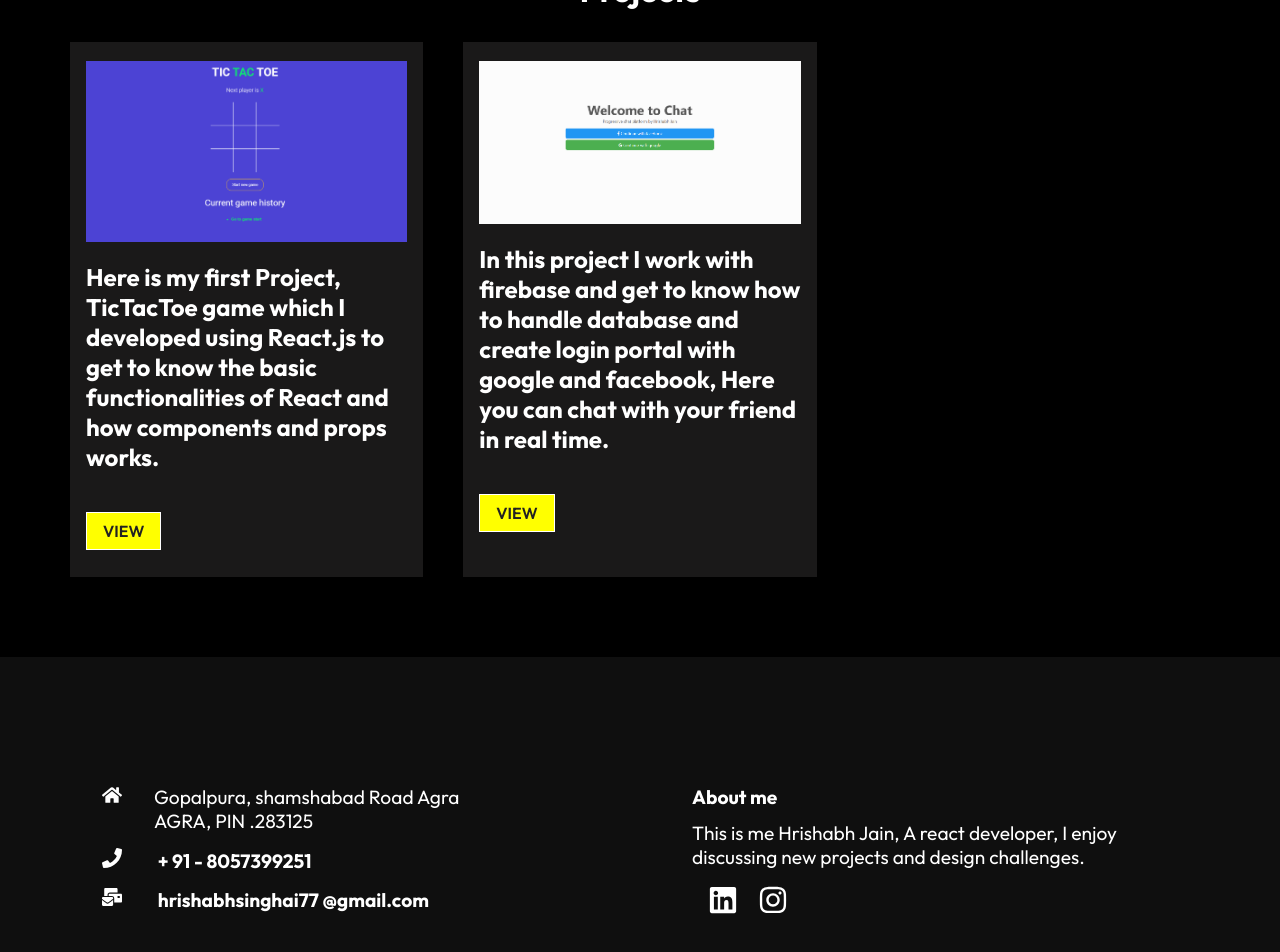
Repository: Hrishabhsinghai/Portfolio
Page: /project
The author's editor kept a copy of each file at every save. The page is drawn from the files as they stood at one save, then again after the next save.
The browser window is 1280 px wide. The pictures show the part of the page from y = 598 to 1550 px (the page is 1670 px tall before and 1460 px after).
The project was rebuilt for these pictures with package versions that can differ from the ones it lists, and the page was loaded fresh each time. Also part of the build but not shown: src/components/HeroImgStyles.css, src/components/HeroImg.js, src/routes/Home.js, src/components/AboutContentSttyles.css, src/components/AboutContent.js, src/routes/About.js, src/routes/Contact.js.

Above is the page before, as saved 2024-01-10 01:05:03.

### src/index.css
@import url("https://fonts.googleapis.com/css2?family=Orbitron&family=Outfit:wght@100;200;300;400;500;600;700;800;900&display=swap");
* {
  box-sizing: border-box;
  margin: 0;
  padding: 0;
  font-family: "Outfit", sans-serif;
}

body {
  background: black;
}

h1,
h4,
p,
a {
  color: #fff;
  text-decoration: none;
}

ul {
  list-style-type: none;
}

.btn {
  padding: 12px 32px;
  font-size: 1rem;
  text-transform: uppercase;
  color: #222;
  border: 1px solid #fff;
  font-weight: 600;
  cursor: pointer;
  background: yellow;
}

.btn-light {
  background: transparent;
  color: #fff;
}

.btn-hover {
  background: rgba(255, 255, 255, 0.2);
  color: #fff;
  transition: 0.3;
}

### src/App.js
import "./index.css";
import Home from "./routes/Home";
import About from "./routes/About";
import Project from "./routes/Project";
import Contact from "./routes/Contact";
import { Route, Routes } from "react-router-dom";

function App() {
  return (
    <>
      <Routes>
        <Route path="/" element={<Home />} />{" "}
        <Route path="/project" element={<Project />} />{" "}
        <Route path="/About" element={<About />} />{" "}
        <Route path="/Contact" element={<Contact />} />{" "}
      </Routes>{" "}
    </>
  );
}

export default App;

### src/routes/Project.js
import React from "react";
import Navbar from "../components/Navbar";
import Footer from "../components/Footer";
import HeroImg2 from "../components/HeroImg2";
import Work from "../components/Work";

const Project = () => {
  return (
    <div>
      <Navbar />
      <HeroImg2 heading="PROJECTS." text="Here are some of my Projects" />
      <Work />
      <Footer />
    </div>
  );
};

export default Project;

### src/components/Navbar.js
import { Link } from "react-router-dom";
import "./NavbarStyles.css";

import { FaBars, FaTimes } from "react-icons/fa";
import { useState } from "react";

const Navbar = () => {
  const [click, setClick] = useState(false);
  const handleClick = () => setClick(!click);

  const [color, settColor] = useState(false);
  const changeColor = () => {
    if (window.scrollY >= 100) {
      settColor(true);
    } else {
      settColor(false);
    }
  };

  window.addEventListener("scroll", changeColor);

  return (
    <div className={click ? "header header-bg" : "header"}>
      <Link to="/">
        {" "}
        <h1> Portfolio </h1>{" "}
      </Link>{" "}
      <ul className={click ? "nav-menu active" : "nav-menu"}>
        <li>
          <Link to="/"> Home </Link>{" "}
        </li>{" "}
        <li>
          <Link to="/About"> About </Link>{" "}
        </li>{" "}
        <li>
          <Link to="/Project"> Project </Link>{" "}
        </li>{" "}
        <li>
          <Link to="/Contact"> Contact </Link>{" "}
        </li>{" "}
      </ul>{" "}
      <div className="hamburger" onClick={handleClick}>
        {" "}
        {click ? (
          <FaTimes size={20} style={{ color: "#fff" }} />
        ) : (
          <FaBars size={20} style={{ color: "#fff" }} />
        )}{" "}
      </div>{" "}
    </div>
  );
};

export default Navbar;

### src/components/Footer.js
import "./FooterStyles.css";

import React from "react";
import {
  FaHome,
  FaInstagram,
  FaLinkedin,
  FaMailBulk,
  FaPhone,
} from "react-icons/fa";
import { Link } from "react-router-dom";

const Footer = () => {
  return (
    <div className="footer">
      <div className="footer-container">
        <div className="left">
          <div className="location">
            <FaHome size={20} style={{ color: "#fff", marginRight: "2rem" }} />{" "}
            <div>
              <p> Gopalpura, shamshabad Road Agra </p>{" "}
              <p> AGRA, PIN .283125 </p>{" "}
            </div>{" "}
          </div>{" "}
          <div className="phone">
            <h4>
              {" "}
              <FaPhone
                size={20}
                style={{ color: "#fff", marginRight: "2rem" }}
              />{" "}
              + 91 - 8057399251{" "}
            </h4>{" "}
          </div>{" "}
          <div className="email">
            <h4>
              {" "}
              <FaMailBulk
                size={20}
                style={{ color: "#fff", marginRight: "2rem" }}
              />{" "}
              hrishabhsinghai77 @gmail.com{" "}
            </h4>{" "}
          </div>{" "}
        </div>{" "}
        <div className="right">
          <h4> About me </h4>{" "}
          <p>
            {" "}
            This is me Hrishabh Jain, A react developer, I enjoy discussing new
            projects and design challenges.{" "}
          </p>{" "}
          <div className="social">
            <h4>
              <Link to="https://www.linkedin.com/in/hrishabh-jain-13bab7209">
                <FaLinkedin
                  size={30}
                  style={{ color: "#fff", marginLeft: "1rem" }}
                />{" "}
              </Link>{" "}
              <Link to="https://www.instagram.com/hrishabhsinghai/?utm_source=qr">
                <FaInstagram
                  size={30}
                  style={{ color: "#fff", marginLeft: "1rem" }}
                />{" "}
              </Link>{" "}
            </h4>{" "}
          </div>{" "}
        </div>{" "}
      </div>{" "}
    </div>
  );
};

export default Footer;

### src/components/HeroImg2.js
import "./HeroImg2Styles.css";

import React, { Component } from "react";

class HeroImg2 extends Component {
  render() {
    return (
      <div className="hero-img">
        <div className="heading">
          <h1> {this.props.heading} </h1> <p> {this.props.text} </p>{" "}
        </div>{" "}
      </div>
    );
  }
}

export default HeroImg2;

### src/components/Work.js
import "./WorkCardStyles.css";
import WorkCard from "./WorkCard";
import WorkCardData from "./WorkCardData";

import React from "react";

const Work = () => {
  return (
    <div className="work-container">
      <h1 className="project-heading"> Projects </h1>{" "}
      <div className="project-container">
        {" "}
        {WorkCardData.map((val, ind) => {
          return (
            <WorkCard
              key={ind}
              imgsrc={val.imgsrc}
              title={val.title}
              text={val.text}
              view={val.view}
            />
          );
        })}
      </div>{" "}
    </div>
  );
};

export default Work;

### src/components/NavbarStyles.css
.header {
  display: flex;
  justify-content: space-between;
  align-items: center;
  padding: 1rem;
  position: fixed;
  width: 100%;
  height: 90px;
  z-index: 10;
}

.header-bg {
  background-color: rgba(0, 0, 0, 0.85);
  transition: 0.5s;
}

.nav-menu {
  display: flex;
}

.nav-menu li {
  padding: 0 1rem;
}

.nav-menu li a {
  font-size: 1.2rem;
  font-weight: 500;
}

.hamburger {
  display: none;
}

@media screen and (max-width: 1040px) {
  .nav-menu {
    flex-direction: column;
    justify-content: center;
    align-items: center;
    width: 100%;
    height: 100vh;
    background: rgba(0, 0, 0, 0.9);
    position: absolute;
    top: 0;
    left: -100%;
    z-index: -3;
    transition: 0.3s;
  }
  .nav-menu.active {
    left: 0;
  }
  .nav-menu li {
    padding: 1rem 0;
  }
  .nav-menu li a {
    font-size: 2rem;
  }
  .hamburger {
    display: initial;
  }
}

### src/components/FooterStyles.css
.footer {
  width: 100%;
  padding: 6rem 0;
  background-color: rgba(19, 19, 19, 0.8);
}

.footer-container {
  max-width: 1140px;
  margin: auto;
  display: grid;
  grid-template-columns: repeat(2, 1fr);
  grid-gap: 40px;
}

.left {
  height: 100%;
  max-width: 100%;
  display: flex;
  flex-direction: column;
  padding: 2rem;
}

.location {
  display: flex;
  margin-bottom: 0.8rem;
}

.phone {
  line-height: 30px;
}

.right {
  height: 100%;
  max-width: 100%;
  display: flex;
  flex-direction: column;
  padding: 2rem;
  margin-bottom: 0.8rem;
}

.social {
  margin-top: 1rem;
}

h4 {
  font-size: 1.2rem;
  padding-bottom: 0.7rem;
}

p {
  font-size: 1.2rem;
}

@media screen and (max-width: 640px) {
  .footer-container {
    grid-template-columns: 1fr;
  }
}

### src/components/HeroImg2Styles.css
.hero-img {
  width: 100%;
  background: black;
  height: 60vh;
  position: relative;
}

.hero-img {
  content: "";
  background: url("https://images.pexels.com/photos/943096/pexels-photo-943096.jpeg?auto=compress&cs=tinysrgb&w=1260&h=750&dpr=1");
  width: 100%;
  height: 70vh;
  background-size: cover;
  background-position: center;
  object-fit: cover;
}

.heading {
  width: 100%;
  height: 100%;
  display: flex;
  flex-direction: column;
  justify-content: center;
  align-items: center;
}

.hero-img h1 {
  font-size: 2.4rem;
  text-decoration: solid;
}

.hero-img p {
  font-size: 1.4rem;
  text-align: center;
}

@media screen and (max-width: 640px) {
  .hero-img h1 {
    font-size: 2rem;
  }
}

### src/components/WorkCardStyles.css
.project-heading {
  text-align: center;
  padding: 4rem 0 2rem 0;
}

.project-container {
  max-width: 1140px;
  margin: auto;
  display: grid;
  grid-template-columns: repeat(3, 1fr);
  grid-gap: 40px;
  padding-bottom: 5rem;
}

.project-card {
  background: #1a1919;
  padding: 1.2rem 1rem;
}

.project-card img {
  width: 100%;
}

@media screen and (max-width: 740px) {
  .project-container {
    max-width: 90%;
    margin: auto;
    grid-template-columns: 1fr;
  }
}

.project-title {
  color: #fff;
  padding: 1rem 0;
}

.pro-details p {
  padding-bottom: 1rem;
  font-size: 1.1rem;
  text-align: justify;
}

.pro-btns .btn {
  padding: 0.5rem 1rem;
}

.pro-btns {
  display: flex;
  justify-content: space-between;
  padding: 0.5rem 0;
}

### src/components/WorkCard.js
import "./WorkCardStyles.css";

import React from "react";
import { NavLink } from "react-router-dom";

const WorkCard = (props) => {
  return (
    <div className="project-card">
      <img src={props.imgsrc} alt="image" />
      <h2 className="project-title"> {props.title} </h2>{" "}
      <div className="pro-details">
        <p> {props.text} </p>{" "}
        <div className="pro-btns">
          <NavLink to={props.view} className="btn">
            {" "}
            View{" "}
          </NavLink>{" "}
        </div>{" "}
      </div>{" "}
    </div>
  );
};

export default WorkCard;

### src/components/WorkCardData.js
import tictactoe from "../assets/tictactoe.png";
import chatapp from "../assets/chatapp.png";
// import tictactoe from "../assets/tictactoe.png";

const ProjectCardData = [
  {
    imgsrc: tictactoe,
    title:
      "Here is my first Project, TicTacToe game which I developed using React.js to get to know the basic functionalities of React and how components and props works.",
    view: "https://ticctacctoeegame.surge.sh/",
  },
  {
    imgsrc: chatapp,
    title:
      "In this project I work with firebase and get to know how to handle database and create login portal with google and facebook, Here you can chat with your friend in real time.",
    view: "https://chat-web-app-c0344.web.app/",
  },
];

export default ProjectCardData;

Loaded but not shown: public/index.html (common file); src/index.js (common file)

After the next save:
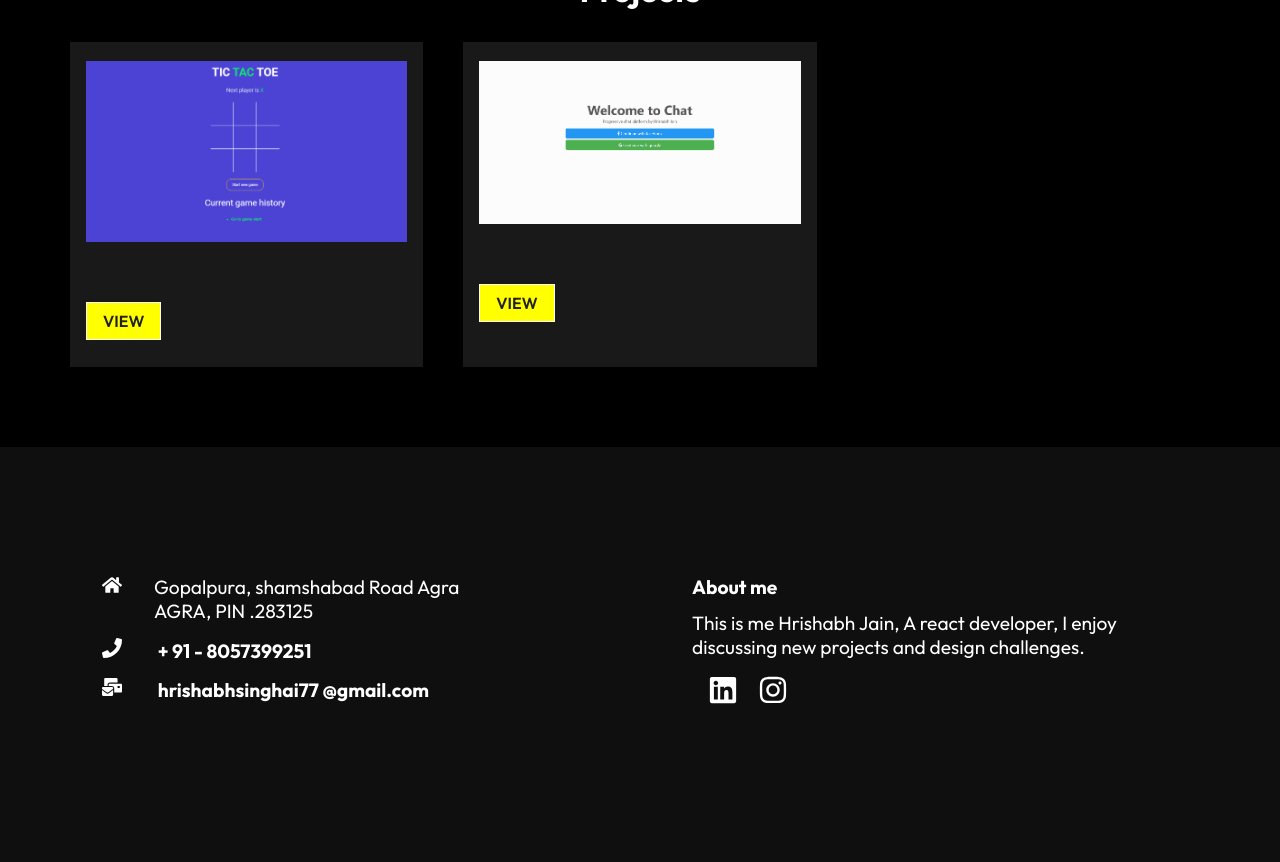
Saved 45 h 6 min later.
--- a/src/components/WorkCardData.js
+++ b/src/components/WorkCardData.js
@@ -5,14 +5,10 @@ import chatapp from "../assets/chatapp.png";
 const ProjectCardData = [
   {
     imgsrc: tictactoe,
-    title:
-      "Here is my first Project, TicTacToe game which I developed using React.js to get to know the basic functionalities of React and how components and props works.",
     view: "https://ticctacctoeegame.surge.sh/",
   },
   {
     imgsrc: chatapp,
-    title:
-      "In this project I work with firebase and get to know how to handle database and create login portal with google and facebook, Here you can chat with your friend in real time.",
     view: "https://chat-web-app-c0344.web.app/",
   },
 ];
